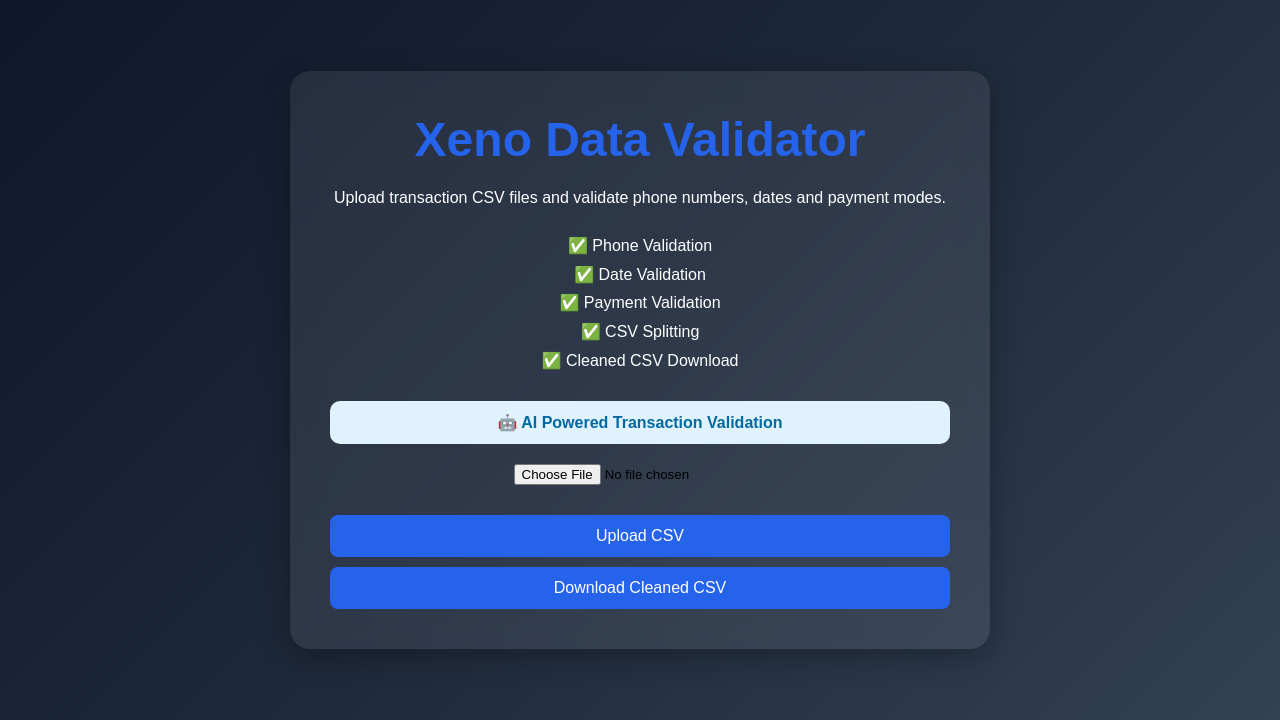
Repository: Aartigarg446/xeno-data-validator
Page: / (app in frontend/)
The author's editor kept a copy of each file at every save. The page is drawn from the files as they stood at one save, then again after the next save.
The browser window is 1280 px wide. The pictures show the whole page.
The project was rebuilt for these pictures with package versions that can differ from the ones it lists, and the page was loaded fresh each time. Also part of the build but not shown: frontend/vite.config.js.

Above is the page before, as saved 2026-06-17 14:20:57.

### frontend/src/index.css
html,
body,
#root {
  width: 100%;
  min-height: 100vh;
  margin: 0;
  padding: 0;
}

### frontend/src/App.jsx
import { useState } from "react";
import axios from "axios";
import "./App.css";

function App() {
  const [file, setFile] = useState(null);
  const [message, setMessage] = useState("");
  const [stats, setStats] = useState({
  total: 0,
  valid: 0,
  invalid: 0,
});

const [records, setRecords] = useState([]);

  const uploadFile = async () => {
    if (!file) {
      alert("Please select a CSV file");
      return;
    }

    const formData = new FormData();
    formData.append("file", file);

    try {
   const response = await axios.post(
  "http://localhost:5000/upload",
  formData
);

const data = response.data.data;

setRecords(data);

const validCount = data.filter(
  (item) => item.overallStatus === "Valid"
).length;

setStats({
  total: data.length,
  valid: validCount,
  invalid: data.length - validCount,
});

setMessage("✅ CSV Processed Successfully");
    } catch (error) {
      console.log(error);
     setMessage("❌ Upload Failed");
    }
  };

  return (
    <div className="container">

      <div className="card">

        <h1>Xeno Data Validator</h1>

        <p>
          Upload transaction CSV files and validate
          phone numbers, dates and payment modes.
        </p>
<p className="features">
  ✅ Phone Validation <br />
  ✅ Date Validation <br />
  ✅ Payment Validation <br />
  ✅ CSV Splitting <br />
  ✅ Cleaned CSV Download
</p>
<div className="ai-badge">
  🤖 AI Powered Transaction Validation
</div>
        <input
          type="file"
          accept=".csv"
          onChange={(e) =>
            setFile(e.target.files[0])
          }
        />

        {file && (
  <p>
    Selected File: {file.name}
  </p>
)}
{message && (
  <p>{message}</p>
)}
{stats.total > 0 && (
<div className="stats-container">

  <div className="stat-card">
    <h3>Total</h3>
    <p>{stats.total}</p>
  </div>

  <div className="stat-card">
    <h3>Valid</h3>
    <p>{stats.valid}</p>
  </div>

  <div className="stat-card">
    <h3>Invalid</h3>
    <p>{stats.invalid}</p>
  </div>

</div>
)}
        <button onClick={uploadFile}>
          Upload CSV
        </button>

        <a
          href="http://localhost:5000/download"
          target="_blank"
        >
          <button>
            Download Cleaned CSV
          </button>
          {records.length > 0 && (

  <table className="result-table">

    <thead>
      <tr>
        <th>Order ID</th>
        <th>Phone</th>
        <th>Status</th>
      </tr>
    </thead>

    <tbody>

      {records.map((record, index) => (

        <tr key={index}>
          <td>{record.order_id}</td>
          <td>{record.phone}</td>
          <td>
            {record.overallStatus === "Valid"
              ? "✅ Valid"
              : "❌ Invalid"}
          </td>
        </tr>

      ))}

    </tbody>

  </table>

)}
        </a>

      </div>

    </div>
  );
}

export default App;

### frontend/src/App.css
* {
  margin: 0;
  padding: 0;
  box-sizing: border-box;
}

body {
  background: linear-gradient(
    135deg,
    #0f172a,
    #1e293b,
    #334155
  );
  font-family: Arial, sans-serif;
}

.container {
  min-height: 100vh;
  display: flex;
  justify-content: center;
  align-items: center;
}

.card {
  background: rgba(255,255,255,0.08);
  backdrop-filter: blur(15px);
  padding: 40px;
  border-radius: 20px;
  width: 700px;
  max-width: 90%;
  text-align: center;
  box-shadow: 0px 8px 30px rgba(0,0,0,0.3);
}

h1 {
  color: #2563eb;
  margin-bottom: 20px;
  font-size: 48px;
  line-height: 1.2;
}

p {
  color: white;
  margin-bottom: 25px;
}

input {
  margin-bottom: 20px;
}

button {
  width: 100%;
  padding: 12px;
  margin-top: 10px;
  border: none;
  border-radius: 8px;
  background: #2563eb;
  color: white;
  cursor: pointer;
  font-size: 16px;
}

button:hover {
  background: #1d4ed8;
}
.features {
  color: white;
  margin-bottom: 25px;
  line-height: 1.8;
}
.stats-container {
  display: flex;
  justify-content: space-between;
  margin: 20px 0;
  gap: 10px;
}

.stat-card {
  flex: 1;
  background: #2563eb;
  color: white;
  padding: 15px;
  border-radius: 10px;
}

.stat-card h3 {
  margin-bottom: 5px;
}

.result-table {
  width: 100%;
  margin-top: 25px;
  border-collapse: collapse;
}

.result-table th,
.result-table td {
  border: 1px solid #ddd;
  padding: 10px;
}

.result-table th {
  background: #2563eb;
  color: white;
}
.ai-badge {
  background: #e0f2fe;
  color: #0369a1;
  padding: 12px;
  border-radius: 10px;
  margin: 20px 0;
  font-weight: bold;
}

Loaded but not shown: frontend/src/main.jsx (common file)

After the next save:
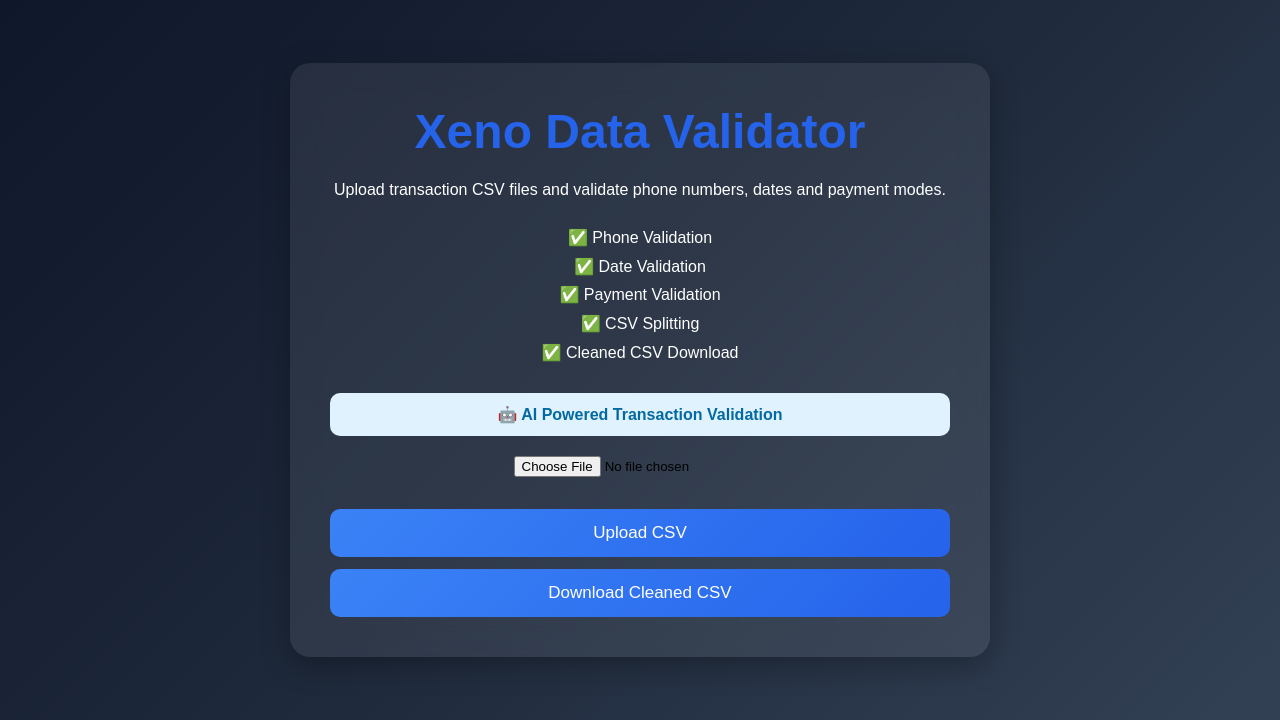
Saved 36 s later.
--- a/frontend/src/App.css
+++ b/frontend/src/App.css
@@ -50,18 +50,23 @@
 
 button {
   width: 100%;
-  padding: 12px;
-  margin-top: 10px;
+  padding: 14px;
+  margin-top: 12px;
   border: none;
-  border-radius: 8px;
-  background: #2563eb;
+  border-radius: 10px;
+  background: linear-gradient(
+    135deg,
+    #3b82f6,
+    #2563eb
+  );
   color: white;
   cursor: pointer;
-  font-size: 16px;
+  font-size: 17px;
+  transition: 0.3s;
 }
 
 button:hover {
-  background: #1d4ed8;
+  transform: translateY(-3px);
 }
 .features {
   color: white;
